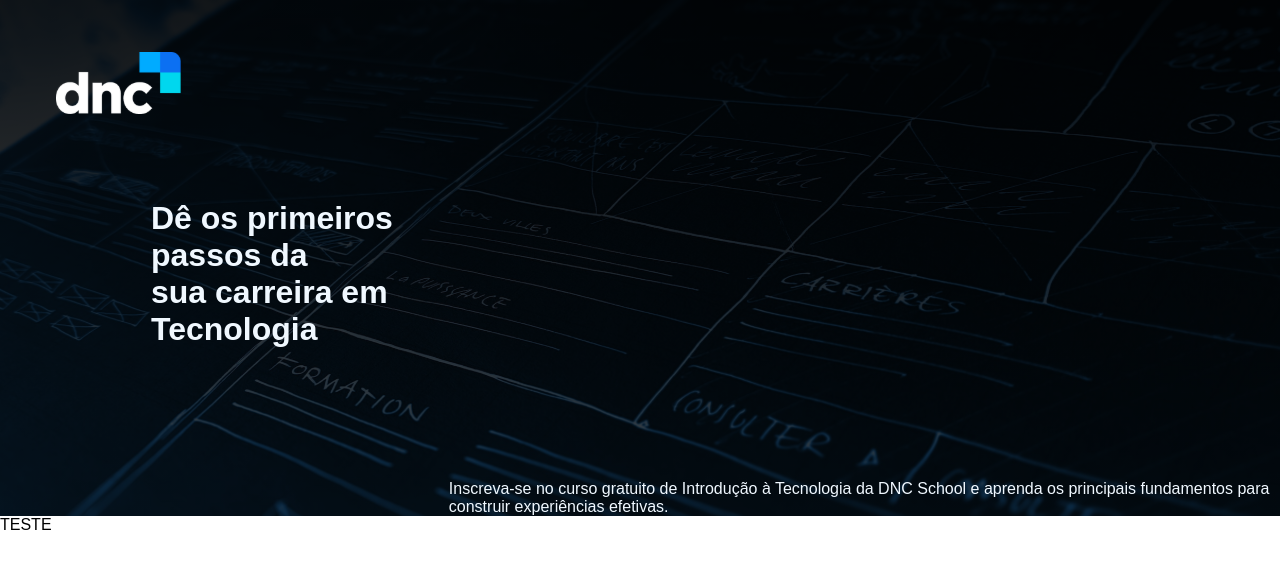
Repository: kleber-goncalves/Landing-Page-dnc
Page: src/index.html
The author's editor kept a copy of each file at every save. The page is drawn from the files as they stood at one save, then again after a run of saves.
The browser window is 1280 px wide. The pictures show the whole page.

Above is the page before, as saved 2024-12-09 19:47:24.

After the next 4 saves:
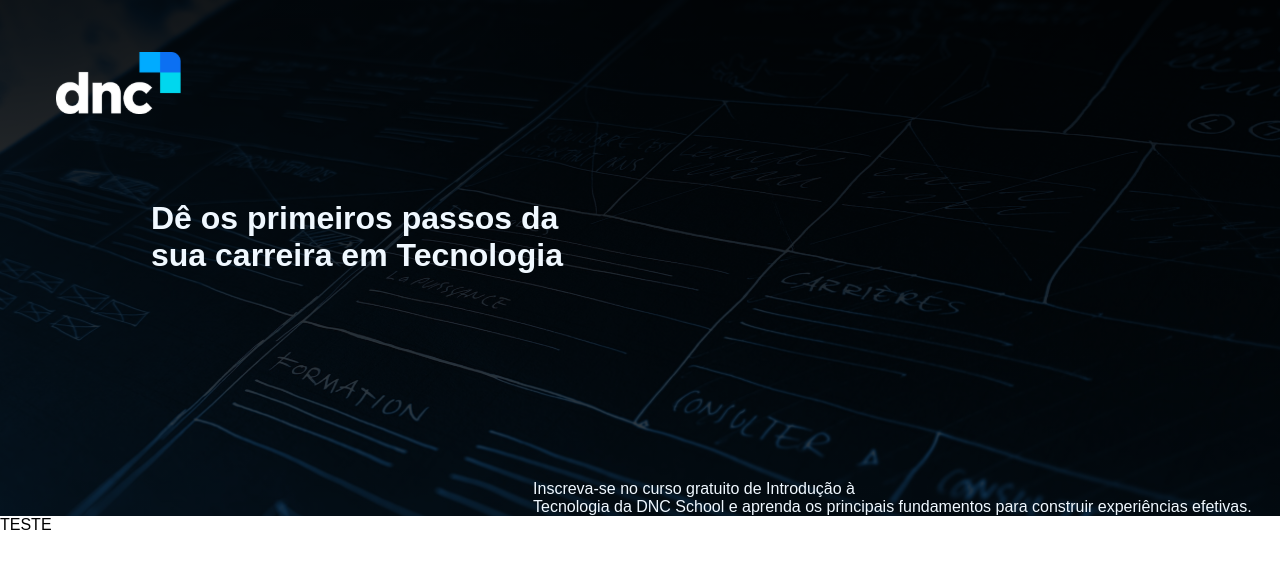
The 4 saves are shown as one change because they came seconds apart.
The last was saved 13 s later.
--- a/src/index.html
+++ b/src/index.html
@@ -11,7 +11,8 @@
         <img id="logo-dnc" src="../img/logo.svg" alt="logo-dnc">
         <h1 id="titulo" >Dê os primeiros passos da <br>
             sua carreira em Tecnologia</h1>
-        <p id="subtitulo" >Inscreva-se no curso gratuito de Introdução à Tecnologia da DNC School e aprenda os principais fundamentos para construir experiências efetivas.</p>
+        <p id="subtitulo" >Inscreva-se no curso gratuito de Introdução à <br>
+             Tecnologia da DNC School e aprenda os principais fundamentos para construir experiências efetivas.</p>
     </div>
     <div>TESTE</div>
   </body>
